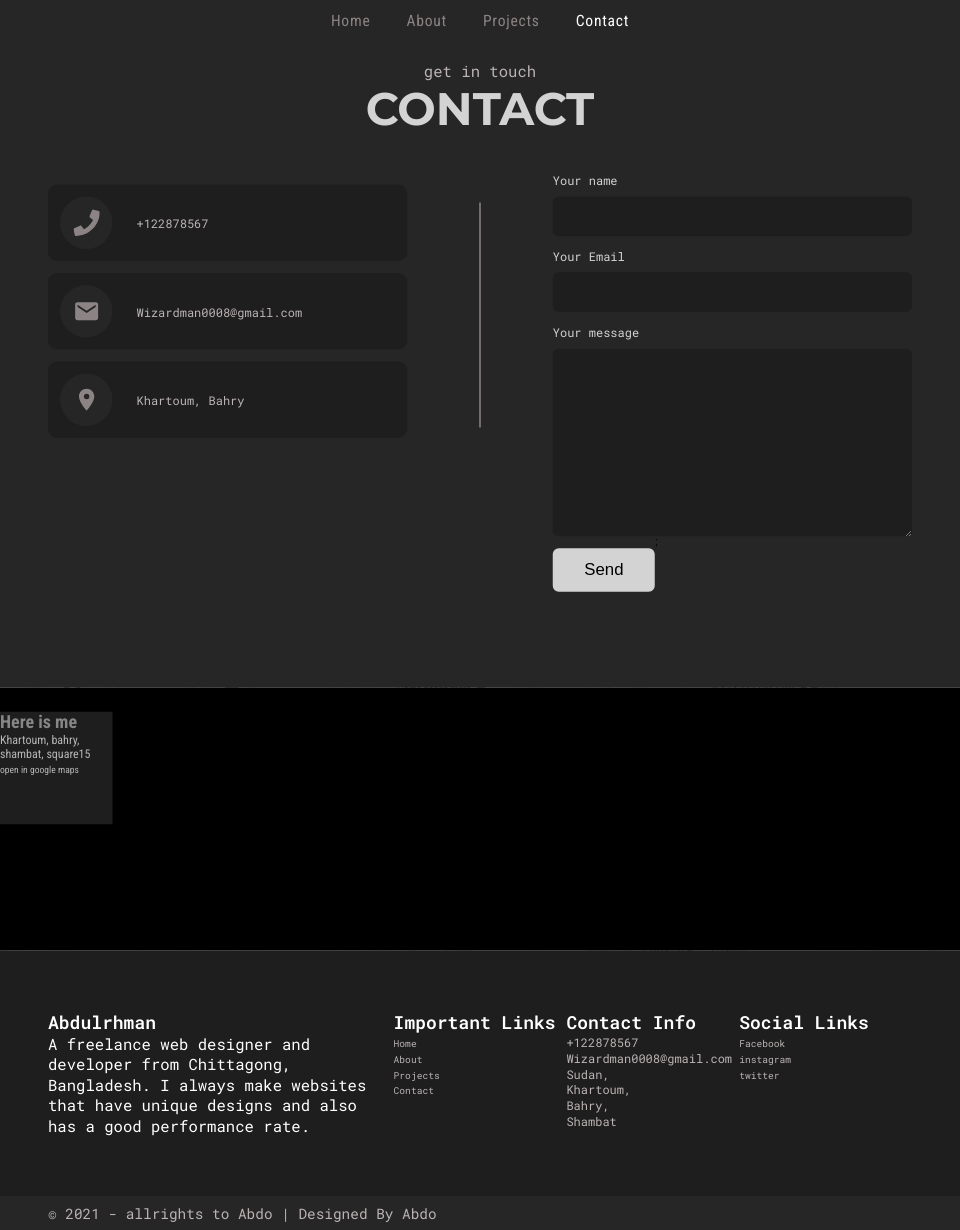
Repository: Abdoulrhman-altyeb/React-Typescript
Page: /contact
These files come from the project's save history. The page is drawn as it stood at one moment and after a run of saves; the edit follows.
The browser window is 1280 px wide. The pictures show the whole page, at 75% of full size.
The project was rebuilt for these pictures with package versions that can differ from the ones it lists, and the page was loaded fresh each time. Also part of the build but not shown: src/components/ContactButton.tsx, src/components/HeroSection.tsx, src/components/AboutSection.tsx, src/assits/data/Services.ts, src/components/ServiceItems.tsx, src/components/ServicesSection.tsx, src/components/ProjectsSection.tsx, src/Pages/Home.tsx and 2 more.

Above is the page before, as saved 2021-05-20 19:32:26.

### public/index.html
<!DOCTYPE html>
<html lang="en">

<head>
  <meta charset="utf-8" />
  <meta name="viewport" content="width=device-width, initial-scale=1" />
  <meta name="theme-color" content="#000000" />
  <meta name="description" content="IT Guys Community" />
  <link rel="preconnect" href="https://fonts.gstatic.com">
  <link href="https://fonts.googleapis.com/css2?family=Roboto:wght@300;400;500;700&display=swap" rel="stylesheet">
  <link rel="preconnect" href="https://fonts.gstatic.com">
<link href="https://fonts.googleapis.com/css2?family=Montserrat:wght@200;300;400;500;700&display=swap" rel="stylesheet">
<link rel="preconnect" href="https://fonts.gstatic.com">
<link href="https://fonts.googleapis.com/css2?family=Roboto+Mono:wght@200;300;400;500;600&display=swap" rel="stylesheet">
<link rel="preconnect" href="https://fonts.gstatic.com">
<link href="https://fonts.googleapis.com/css2?family=Roboto+Condensed:wght@400;700&display=swap" rel="stylesheet">
  <title>App Lab</title>
</head>

<body>
  <noscript>You need to enable JavaScript to run this app.</noscript>
  <div id="root"></div>
</body>

</html>

### src/index.tsx
import ReactDOM from "react-dom";
import App from "./App";
import './assits/styles/style.css'

ReactDOM.render(<App/>,document.getElementById("root"));

### src/App.tsx
import React from "react";
import NavBar from './components/NavBar';
import { BrowserRouter as Router, Route, Switch } from 'react-router-dom'
import Home from "./Pages/Home";
import Contact from "./Pages/Contact";
import About from "./Pages/About";
import Projects from "./Pages/Projects";


const App: React.FC = () => {



  return (
    <>
      <Router>
        <NavBar />
        <Switch>
          <Route  path='/' exact>
            <Home />
          </Route>
          <Route path="/contact">
            <Contact />
          </Route>
          <Route path='/about'>
            <About />
          </Route>
          <Route path='/projects'>
              <Projects/>
          </Route>
        </Switch>
      </Router>
    </>
  )
}

export default App;

### src/assits/styles/style.css
* {
    padding:0;
    margin:0;
    box-sizing:border-box;
    scroll-behavior: auto;
}

body {
    background:#262626;
    color:white;
    font-family: 'Roboto Mono', monospace;
}
::-webkit-scrollbar-track {
    background: #1E1E1E;
}
::-webkit-scrollbar {
    width: 8px;
}
::-webkit-scrollbar-thumb {
    background: #888;
    border-radius: 20px;
}




img,svg{
    width: 100%;
    height:100%;
    object-fit: cover;
}
.container {
    width:90%;
    max-width:1200px;
    margin: 0 auto;
}

.hero__img {
    height:600px;
}
ul {
    list-style: none;
}
p, h1, span,h3,a {
    color:#BCB4B4
}
a {
    text-decoration: none;
    font-size:0.8rem;
}
.map{
    background: linear-gradient(rgba(0,0,0,1),rgba(0,0,0,1)),url('../images/Capture.jpg');
    background-repeat: no-repeat;
    background-size: cover;
    background-position: center;
    filter: grayscale(100%);
}

### src/components/NavBar.tsx
import React,{useState} from 'react';
import styled from 'styled-components';
import { NavLink } from 'react-router-dom';
import { BiMenu, BiX } from 'react-icons/bi';


const NavBar: React.FC = () => {

    const [isActive, setIsActive] = useState<boolean>(false);

    return (
        <NavBarContainer>
            <div className="hamburgerMenu"
                onClick={() => setIsActive(!isActive)}
                role='button'
                tabIndex={0}
                onKeyDown={() => setIsActive(!isActive)}
            >
                <BiMenu/>
            </div>
            <ul className={isActive ? 'ListItems' : 'ListItems hide-items'}>
                <div className='closeMenu'
                    onClick={() => setIsActive(!isActive)}
                    role='button'
                    tabIndex={0}
                    onKeyDown={() => setIsActive(!isActive)}
                >
                    <BiX/>
                </div>
                <li>
                    <NavLink to='/' exact>
                     Home
                    </NavLink>
                </li>
                <li>
                    <NavLink to="/about">
                        About
                    </NavLink>
                </li>
                <li>
                    <NavLink to='projects'>
                        Projects
                    </NavLink>
                </li>
                <li>
                    <NavLink to='contact'>
                        Contact
                    </NavLink>
                </li>
            </ul>
        </NavBarContainer>
    )
}

const NavBarContainer = styled.nav`
    position: fixed;
    z-index:100;
    top:0;
    left:0;
    background-color:#262626;
    font-family: 'Roboto Condensed', sans-serif;
    width:100%;
    ul {
        width:90%;
        max-width:1200px;
        justify-content:center;
        text-align:center;
        margin:0 auto;
        border-radius:12px;
    }
    li {
        display:inline-block;
        cursor:pointer;
    }
    a {
        display:inline-block;
        padding:1rem 1.5rem;
        font-size:1.3rem;
        color:#8c8484;
        letter-spacing: 1px;
        transition:0.3s ease color;
        /* &:hover {
            color:#726f6f;
        } */
    }
    .active {
        color:white;
    }

    .hamburgerMenu {
        font-size:2rem;
        position:absolute;
        top:1rem;
        right:1rem;
        color:white;
        display:none;
        * {
            pointer-events:none;
        }
    }
    .closeMenu{
        display:none;
    }
    @media only screen and (max-width:768px) {
        .hide-items{
            transform: translateY(calc(-100% - 1rem))
        }
        .hamburgerMenu{
            display:block;
        }
        .ListItems {
            width:80%;
            max-width:230px;
            position:absolute;
            top:1rem;
            right:1rem;
            background:#1E1E1E;
            padding:1rem;
            transition: 0.3s ease transform;

            .closeMenu {
                color:white;
                font-size:1.5rem;
                width:1rem;
                margin: 0 0 0 auto;
                cursor: pointer;
                display:block;
                *{
                    pointer-events:none;
                }
            }
        }
        li {
            display:block;
            margin-bottom:1rem;
        }
        a {
            /* padding:1rem; */
            padding:0.2rem;
            outline:none;
        }
    }
`;



export default NavBar;

### src/Pages/Contact.tsx
import React from 'react';
import ContactSection from '../components/ContactSecion';
import FooterSection from '../components/FooterSection';
import Map from '../components/Map';

const Contact: React.FC = () => {
    return (
        <>
            <ContactSection/>
            <Map/>
            <FooterSection />
        </>
    )
}

export default Contact;

### src/components/FooterSection.tsx
import React from 'react';
import styled from 'styled-components';
import PaText from './PaText';
import { Link } from 'react-router-dom';

const FooterSection: React.FC = () => {
    return (
        <>
            <StyledDiv>
                <div className="container">
                    <div className="info">
                        <h2>Abdulrhman</h2>
                        <PaText>
                            A freelance web designer and developer from Chittagong,
                            Bangladesh. I always make websites that have unique designs
                            and also has a good performance rate.
                        </PaText>
                    </div>
                    <div className="pages">
                        <h2>Important Links</h2>
                        <ul>
                            <li>
                                <Link to="/">Home</Link>
                            </li>
                            <li>
                                <Link to="/">About</Link>
                            </li>
                            <li>
                                <Link to="/">Projects</Link>
                            </li>
                            <li>
                                <Link to="/">Contact</Link>
                            </li>
                        </ul>
                    </div>
                    <div className="contact_info">
                        <h2>Contact Info</h2>
                        <ul>
                            <li><p>+122878567</p></li>
                            <li><p>Wizardman0008@gmail.com</p></li>
                            <li><p>Sudan,<br></br>Khartoum,<br></br>Bahry,<br></br>Shambat</p></li>
                        </ul>
                    </div>
                    <div className="social_Links">
                        <h2>Social Links</h2>
                        <ul>
                            <li><a href="https://facebook.com" rel='noreferrer'>Facebook</a></li>
                        </ul>
                        <ul>
                            <li><a href="https://instagram.com" rel='noreferrer'>instagram</a></li>
                        </ul>
                        <ul>
                            <li><a href="https://twitter.com" rel='noreferrer'>twitter</a></li>
                        </ul>
                    </div>
                </div>
            </StyledDiv>
            <StyledCopyright>
                <div className="container">
                    <p>© 2021 - allrights to Abdo  | Designed By Abdo</p>
                </div>
            </StyledCopyright>
        </>

    )
}

const StyledDiv = styled.div`
    background:#1E1E1E;
    padding:5rem 0 ;
    .container{
        display:flex;
    }
    .info{
        flex:2;
    }
    .contact_info,
    .pages,
    .social_Links{
        flex:1;
    }
    @media only screen and (max-width:768px) {
        .container{
            flex-direction:column;
        }
    }
`;
const StyledCopyright = styled.div`
    background:#262626;
    padding:10px 0;
    p{
        font-size:1.2rem;
    }

    @media only screen and (max-width:768px) {
        p{
            font-size:0.9rem;
            width:100%;
        }
    }
`;

export default FooterSection

### src/components/ContactSecion.tsx
import React from 'react';
import styled from 'styled-components';
import SectionsTitle from './SectionsTitle';
import { FaPhone } from 'react-icons/fa';
import { IoMdMail } from 'react-icons/io';
import {MdLocationOn} from 'react-icons/md'
import Button from './Button';

const ContactSection: React.FC = () => {
    return (
        <StyledDiv>
            <div className="container">
                <SectionsTitle title='contact' semiTitle='get in touch' />
                <div className="contact-me">
                    <div className="contact-info">
                        <div className="phone">
                            <div className="icon">
                                <FaPhone/>
                            </div>
                            <span> +122878567</span>
                        </div>
                        <div className="mail">
                            <div className="icon">
                                <IoMdMail/>
                            </div>
                            <span>Wizardman0008@gmail.com</span>
                        </div>
                        <div className="location">
                            <div className="icon">
                                <MdLocationOn/>
                            </div>
                            <span>Khartoum, Bahry</span>
                        </div>
                    </div>
                    <div className="linebetween"></div>
                    <form className='form-contact'>
                        <label htmlFor="name">Your name</label>
                        <input className='name' type="text" id='name' />
                        <label htmlFor="email">Your Email</label>
                        <input type="email" id="email" />
                        <label htmlFor="message">Your message</label>
                        <textarea id="message"></textarea>
                        <button type='submit' className='btn'>
                                <Button btnLink='/'  outline={false} btnText='Send'/>;
                        </button>
                    </form>
                </div>
            </div>
        </StyledDiv>
    )
}
const StyledDiv = styled.div`
    padding:5rem 0;
    text-align: center;
    .container{
        display: flex;
        flex-direction:column;
    }
    .title{
        p{
            font-size:1.3rem;
        }
        h2{
            font-size:3.8rem;
            margin-top:0;
        }
    }
    .contact-me{
        padding:3rem 0;
        display: flex;
        gap:6rem;
    }
    .contact-info{
        flex:1;
    }
    .phone,
    .mail,
    .location{
        width:100%;
        background:#1E1E1E;
        margin-top:1rem;
        padding:1rem;
        border-radius:12px;
        display: flex;
        align-items: center;
    }
    .icon{
        width:70px;
        height:70px;
        border-radius: 50%;
        display: flex;
        justify-content: center;
        align-items:center;
        margin-right:2rem;
        background:#262626;
    }
    .icon svg{
        width:50%;
        fill: #8c8484;
    }
    .linebetween{
        width:2px;
        height:300px;
        background:#8c8484;
        margin-top:2.5rem;
    }

    .form-contact{
        flex:1;
        display: flex;
        flex-direction:column;
        text-align:left;
    }
    .form-contact input, textarea{
        padding:1rem;
        background:#1E1E1E;
        border:none;
        border-radius:8px;
    }
    .form-contact textarea {
        height:250px;
        resize: vertical;
    }
    .form-contact label{
        margin-bottom:0.7rem;
        color:lightgray;
    }
    .form-contact input{
        margin-bottom:1rem;
        outline:none;
        color:#8c8484;
        font-size:1.1rem;
    }
    .btn{
        background:transparent;
        outline:none;
        border:none;
        pointer-events: none;
        display: flex;
        justify-content: flex-start;
        *{
            pointer-events: all;
        }
    }
    @media only screen and (max-width:768px) {
        .title{
            p{
                font-size:0.9rem;
            }
            h2{
                font-size:2.5rem;
                margin-top:0;
            }
        }
        .contact-me{
            flex-direction:column;
        }
        .linebetween{
            display: none;
        }
    }
`;

export default ContactSection;

### src/components/Map.tsx
import React from 'react';
import styled from 'styled-components';
const Map: React.FC = () => {
    return (
        <StyleDiv className='map'>
            <div className="location__details">
                <h2>Here is me</h2>
                <p>Khartoum, bahry, shambat, square15</p>
                <a href="https://www.google.com/maps/place/%D9%85%D8%AD%D8%B7%D9%87+15%E2%80%AD/@15.6677097,32.5462023,17z/data=!4m13!1m7!3m6!1s0x168e8da4c6682f5f:0x213cdd630f5e6fa9!2sShambat+Bridge,+Khartoum+North,+Sudan!3b1!8m2!3d15.6434242!4d32.5089219!3m4!1s0x168e93f8f47bbcb9:0x5df02e7d5dd85537!8m2!3d15.6681869!4d32.5468858" rel='noreferrer'>open in google maps</a>
            </div>
        </StyleDiv>
    )
}

const StyleDiv = styled.div`
    position: relative;
    height:350px;
    width:100%;
    font-family: 'Roboto Condensed', sans-serif;
    .location__details{
        color:#8c8484;
        position: absolute;
        width:150px;
        height:150px;
        background:#1E1E1E;
        top: 2rem;
    }
`;
export default Map;

### src/components/Button.tsx
import React from 'react';
import { Link } from 'react-router-dom';
import styled from 'styled-components'


const Button:React.FC<ButtonProps> = ({btnLink,btnText,outline}) => {
    return (
        <BTNSTYLE className='btn'>
            <Link className='button' to={btnLink} style={{ background: outline ? 'transparent' : 'lightgray', color: outline? 'lightgray': 'black' }}>{btnText}</Link>
        </BTNSTYLE>
    )
}


const BTNSTYLE = styled.div`
    margin-top:1rem;
    .button{
        background:lightgray;
        padding:0.9rem 2.5rem;
        color:black;
        border-radius:8px;
        border:2px solid lightgray;
        cursor:pointer;
        display:inline-block;
        font-size:1.4rem;
    }
    @media only screen and (max-width:768px) {
        .button{
            font-size:1.2rem;
        }
    }
`;

export default Button

### src/components/PaText.tsx
import styled from 'styled-components'

const PaText: React.FC = ({children}) => {

    return (
        <TextContainer className='par'>
            {children}
        </TextContainer>
    )
}

const TextContainer = styled.div`
    max-width:500px;
    margin:0 auto;
    line-height:1.3em;
    font-family: 'Roboto Mono', monospace;
    font-size:1.3rem;
    @media only screen and (max-width:768px) {
        font-size:1.1rem;
    }
`;

export default PaText

### src/components/SectionsTitle.tsx
import React from 'react';
import styled from 'styled-components';

const SectionsTitle:React.FC<SectionTitle> = ({title,semiTitle}) => {
    return (
        <StyledSectionTitle className='title'>
            <p>{semiTitle}</p>
            <h2>{title}</h2>
        </StyledSectionTitle>
    )
}

const StyledSectionTitle = styled.div`
    P{
        font-size:1.5rem;
    }
    h2{
        font-size:3.8rem;
        font-family: 'Montserrat', sans-serif;
        text-transform:uppercase;
        margin-top:0.7rem;
        color:lightgray;
    }
    @media only screen and (max-width:768px){
        p{
            font-size:1rem;
        }
        h2{
            font-size:2rem;

        }
    }
`;

export default SectionsTitle;

After the next 2 saves:
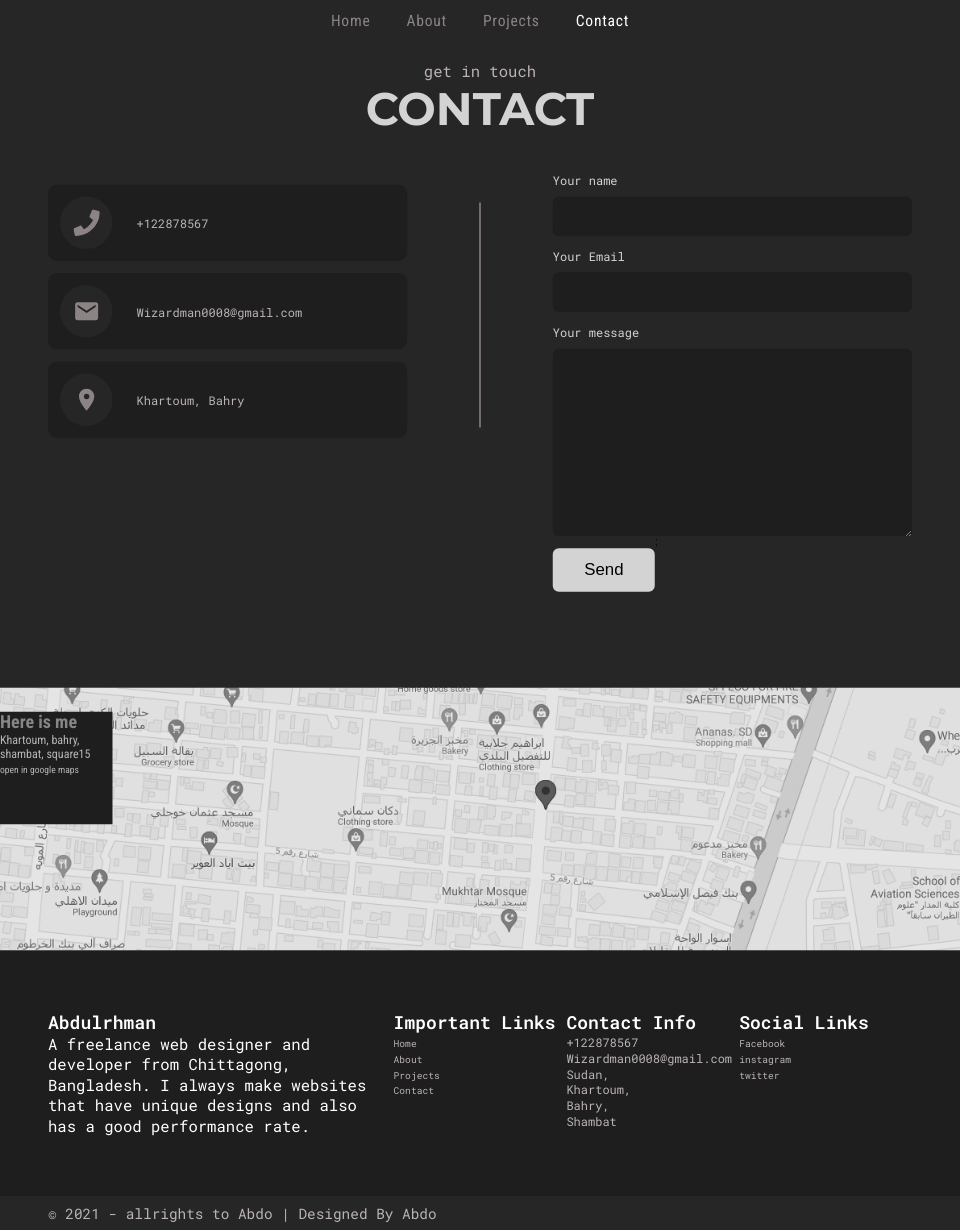
The 2 saves are shown as one change because they came seconds apart.
The last was saved 7 s later.
--- a/src/assits/styles/style.css
+++ b/src/assits/styles/style.css
@@ -49,7 +49,7 @@ a {
     font-size:0.8rem;
 }
 .map{
-    background: linear-gradient(rgba(0,0,0,1),rgba(0,0,0,1)),url('../images/Capture.jpg');
+    background: linear-gradient(rgba(0,0,0,0.1),rgba(0,0,0,0.1)),url('../images/Capture.jpg');
     background-repeat: no-repeat;
     background-size: cover;
     background-position: center;
